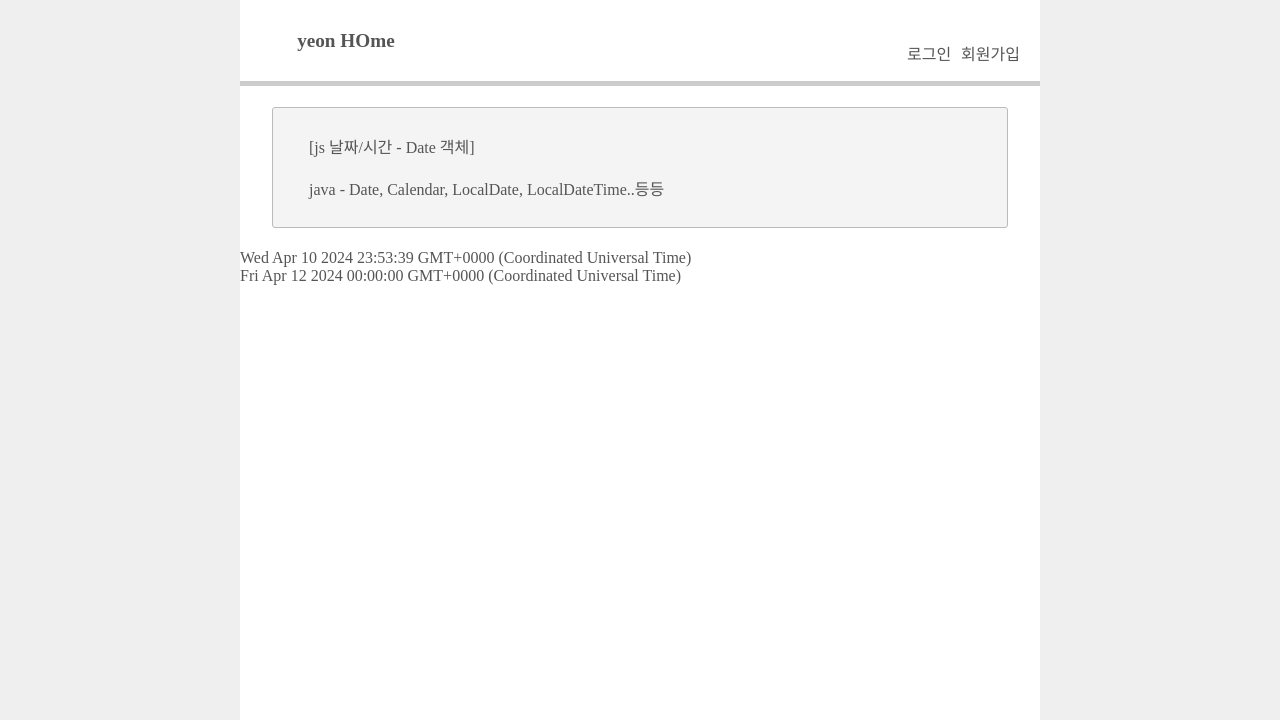
Repository: yeonhwa323/webPro
Page: webPro/src/main/webapp/javascript/days06/ex05.html
An editor plug-in stored every save of this project. The page is shown before and after the next save, followed by the edit.
The browser window is 1280 px wide. The pictures show the whole page.
Some web fonts or font styles are not loaded; a fallback is used.

Above is the page before, as saved 2024-04-12 02:50:03.

After the next save:
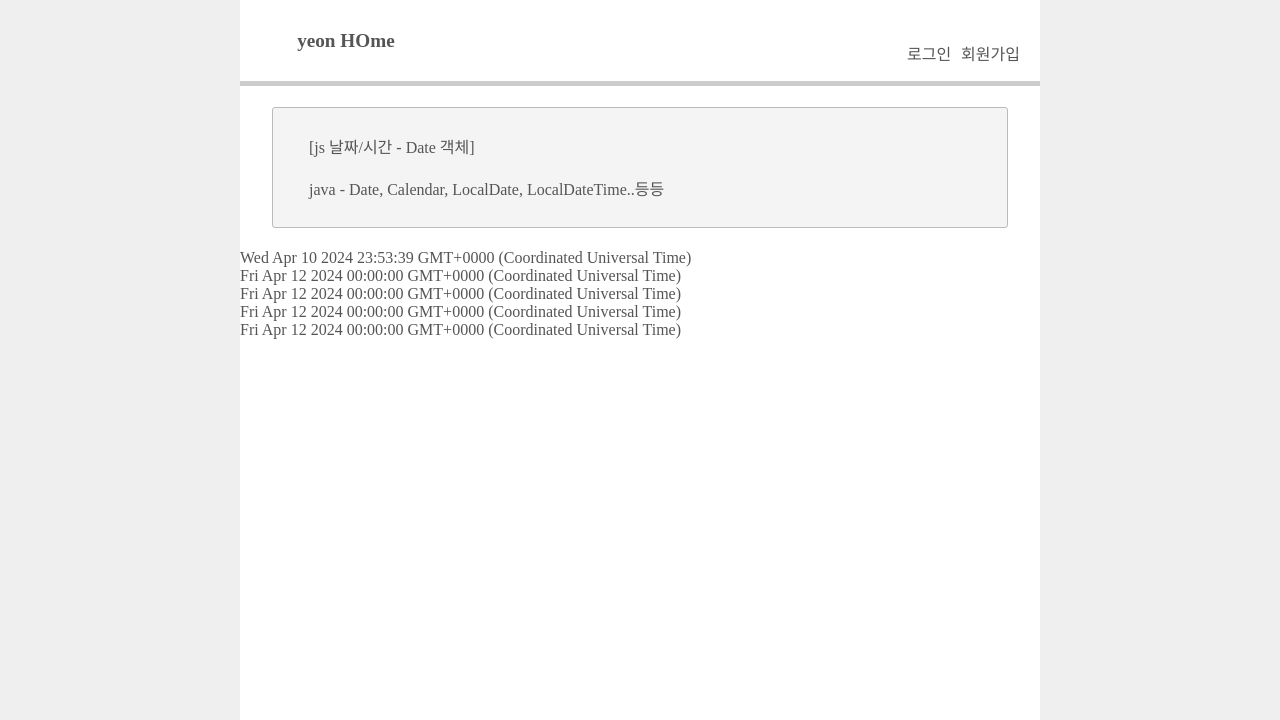
Saved 26 s later.
--- a/webPro/src/main/webapp/javascript/days06/ex05.html
+++ b/webPro/src/main/webapp/javascript/days06/ex05.html
@@ -35,7 +35,9 @@
 
     d = new Date("2024-4-12");
     document.write( d+ "<br>" );
-
+    document.write( d+ "<br>" );
+    document.write( d+ "<br>" );
+    document.write( d+ "<br>" );
 
   </script>
 
